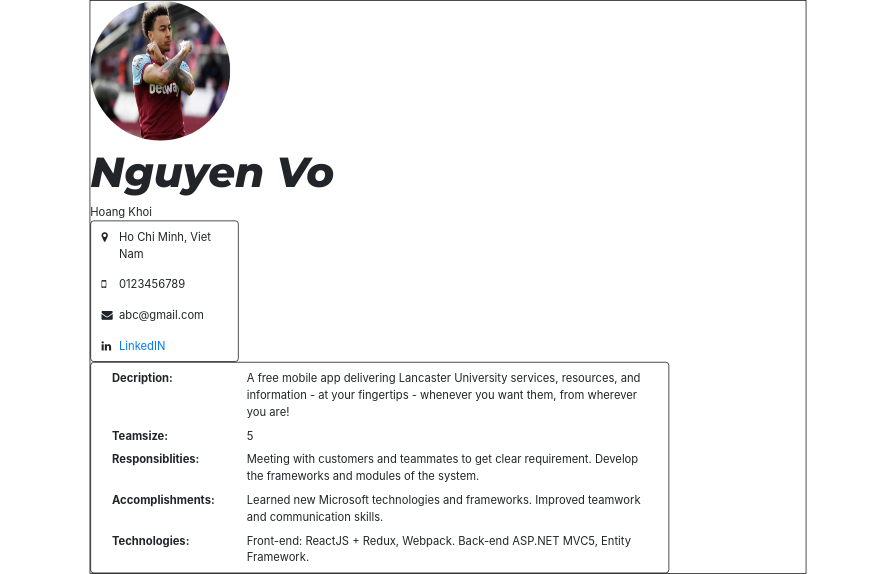
Repository: khoibanh113/mycv
Page: /
These files come from the project's save history. The page is drawn as it stood at one moment and after the next save; the edit follows.
The browser window is 1280 px wide. The pictures show the part of the page from y = 0 to 1920 px (the page is 820 px tall before and 7036 px after), at 70% of full size.
The project was rebuilt for these pictures with package versions that can differ from the ones it lists, and the page was loaded fresh each time.

Above is the page before, as saved 2021-04-02 15:18:21.

After the next save:
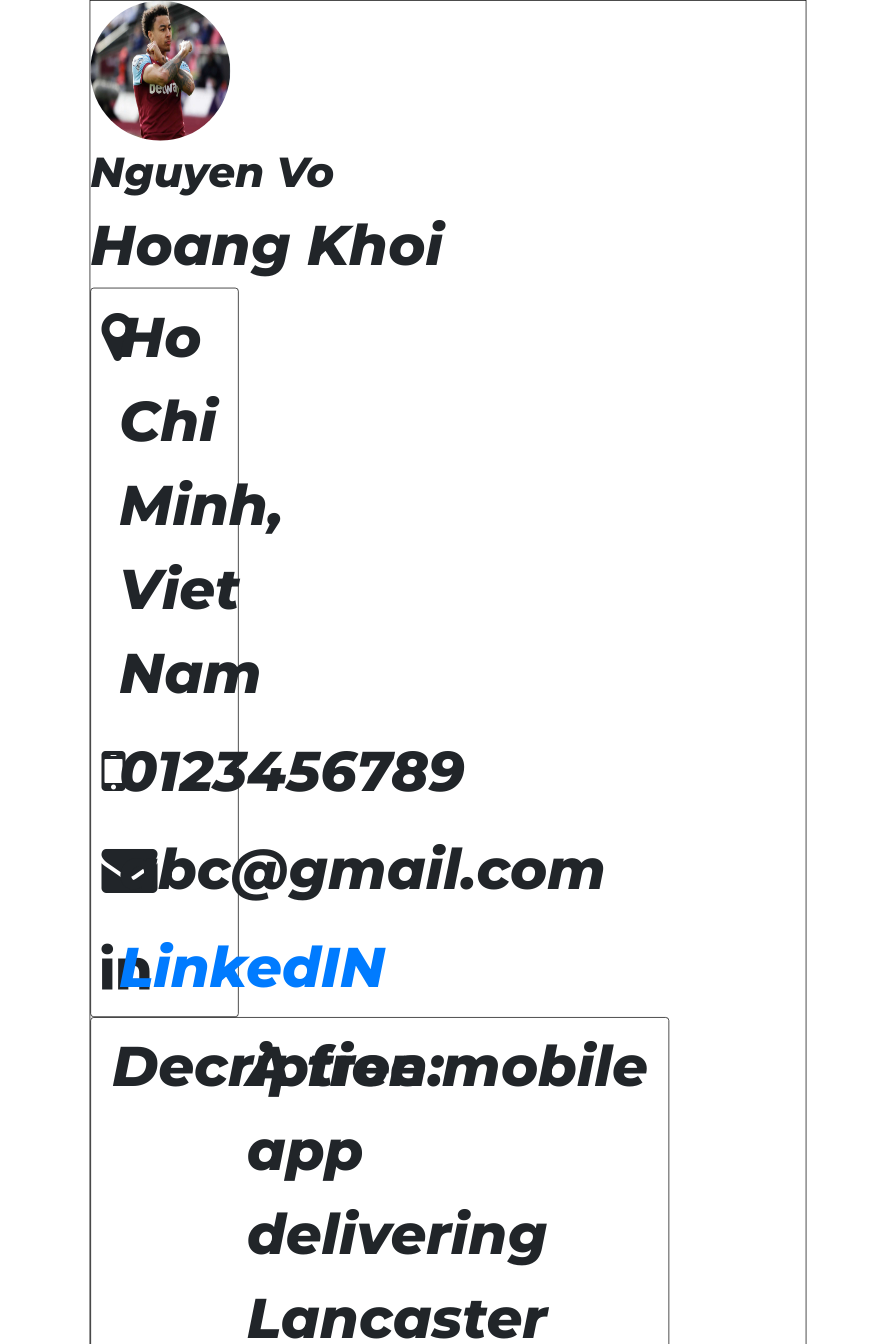
Saved 9 s later.
--- a/src/App.css
+++ b/src/App.css
@@ -4,4 +4,6 @@
   border: 1px solid black;
   margin: 0px auto;
   position: relative;
+  font-family: 'Montserrat', sans-serif;
+  font-size: 80px;
 }

After the 2 saves that followed:
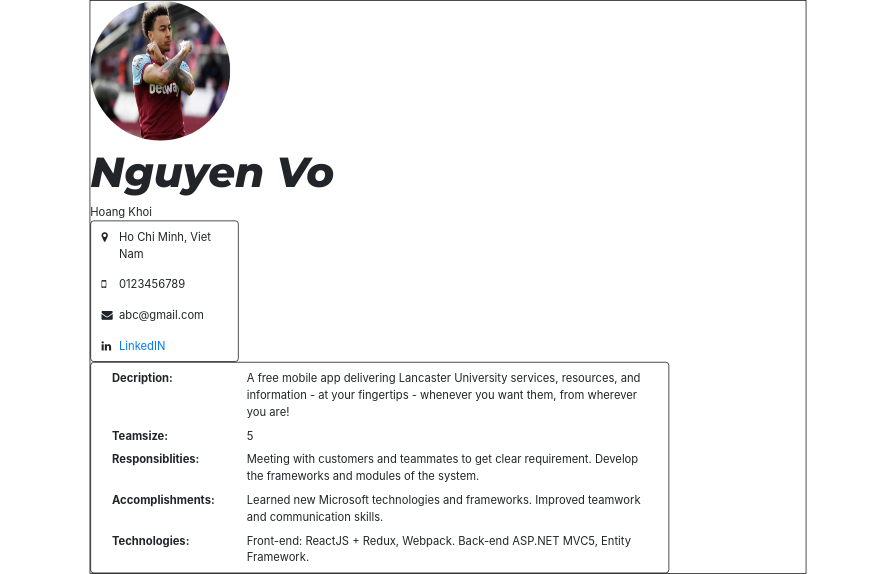
The 2 saves are shown as one change because 1 left the picture as it was.
The last was saved 79 s later.
--- a/src/App.js
+++ b/src/App.js
@@ -10,7 +10,7 @@
     return (
       <div className="App">
         <Avatar className="avatar" img={AvaImg} />
-        <Name name='Nguyen Vo Hoang Khoi' />
+        <Name class="name" name='Nguyen Vo Hoang Khoi' />
         <Contact
           name='Nguyen Vo Hoang Khoi'
           location='Ho Chi Minh, Viet Nam'
--- a/src/App.css
+++ b/src/App.css
@@ -4,6 +4,8 @@
   border: 1px solid black;
   margin: 0px auto;
   position: relative;
+}
+.name{
   font-family: 'Montserrat', sans-serif;
-  font-size: 80px;
+  font-size: 60px;
 }
